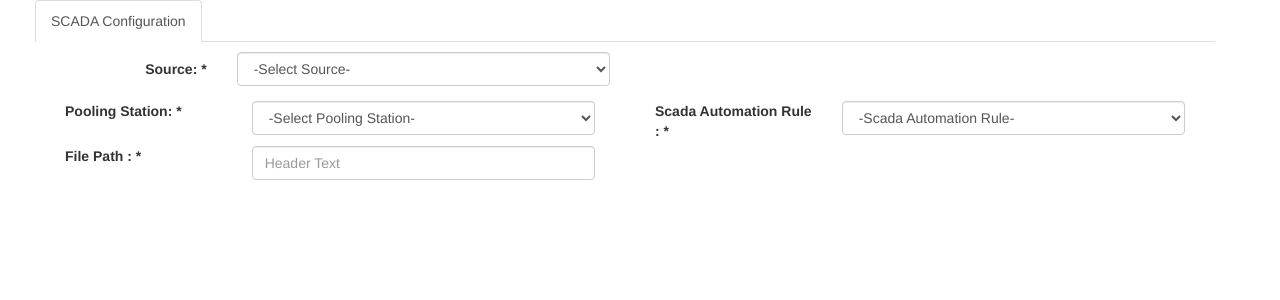
Repository: ashishNautiyal/microservices
Page: http://localhost/new-re-1/WEB-INF/jsp/scadaConfig.jsp
An editor plug-in stored every save of this project. The page is shown before and after the next save, followed by the edit.
The browser window is 1280 px wide. The pictures show the whole page.
The page is served by Tomcat 9. Nobody is signed in. The template is opened directly, without the code that normally fills it, so the values that code supplies are empty.

Above is the page before, as saved 2019-11-04 05:17:27.

After the next save:
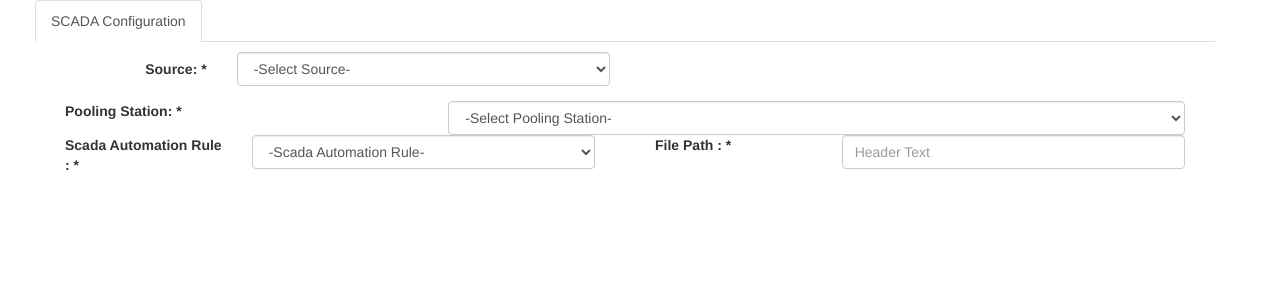
Saved 3 min 10 s later.
--- a/microservice-poc/new-re-1/src/main/webapp/WEB-INF/jsp/scadaConfig.jsp
+++ b/microservice-poc/new-re-1/src/main/webapp/WEB-INF/jsp/scadaConfig.jsp
@@ -49,7 +49,7 @@
 
 
 
-										<div class="col-sm-6">
+										<div class="col-sm-12">
 											<div class="form-group ">
 												<label for="poolingStation" class="col-sm-4 control-label">Pooling
 													Station: <span class="required" title="Mandatory">*</span>
